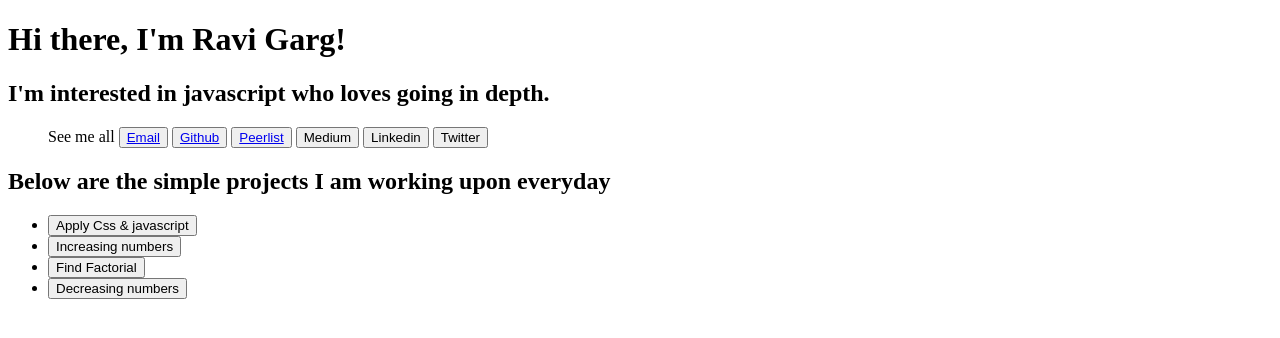
Repository: ravigarg001/musafir
Page: index.html
An editor plug-in stored every save of this project. The page is shown before and after the next save, followed by the edit.
The browser window is 1280 px wide. The pictures show the whole page.

Above is the page before, as saved 2022-05-02 09:24:45.

### index.html
<!DOCTYPE html>
<html>
<head>
<title>Ravi Garg</title>
<!-- <link href="index.css" rel="stylesheet" type="text/css"></link> -->
<script src="index.js"></script>
</head>

<body>
<div class="about" >
    <h1>Hi there, I'm Ravi Garg!</h1>
    <h2>I'm interested in javascript who loves going in depth.</h2>
    <!-- <p> <a id="more" href="/about">Read more about my life...</a></p> -->
</div>

<footer>
<ul>
<label>See me all</label>
  <button><a href="mailto:ravigarg.connect@gmail.com">Email</a></button>
  <button><a href="https://github.com/ravigarg001" target="_blank">Github</a></button>
  <button><a href="https://peerlist.io/ravigarg" target="_blank">Peerlist</a></button>
  <button><a>Medium</a></button>
  <button><a>Linkedin</a></button>
  <button><a>Twitter</a></button><br>
</ul>
</footer>
<h2>Below are the simple projects I am working upon everyday</h2>
<ul>
  <li><button class="cssAdder" onclick="addCssAndJs()">Apply Css & javascript</button></li>
  <li><button onclick="inputNumber1()">Increasing numbers </button></li>
  <li><button onclick="inputNumber()">Find Factorial</button></li>
  <li><button onclick="inputNumber2()">Decreasing numbers</button></li>
</ul>
</footer>

</body>
<!-- <script src="Recursion/recursiveFactorial.js"></script> -->
<!-- <script src="Recursion/increasing_order.js"></script> -->

</html>

### index.js
function addCssAndJs(){
    let link = document.createElement('link');
    link.rel = 'stylesheet';
    link.type = 'text/css';
    link.href = 'index.css';
    document.head.appendChild(link);

    function addNewJsFile(fileLocation){
        let script = document.createElement('script');
        document.head.appendChild(script);
        script.src = fileLocation;
    }

    addNewJsFile('Recursion/decreasing_order.js');
    addNewJsFile('Recursion/increasing_order.js');
    addNewJsFile('Recursion/recursiveFactorial.js');

}
/*1. call addNewJsFile(put location of the js file here) */

After the next save:
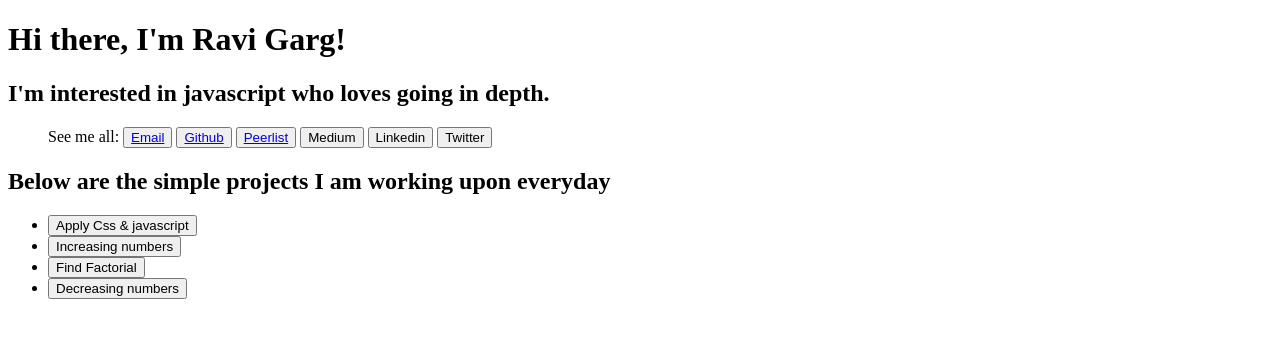
Saved 7 s later.
--- a/index.html
+++ b/index.html
@@ -15,7 +15,7 @@
 
 <footer>
 <ul>
-<label>See me all</label>
+<label>See me all: </label>
   <button><a href="mailto:ravigarg.connect@gmail.com">Email</a></button>
   <button><a href="https://github.com/ravigarg001" target="_blank">Github</a></button>
   <button><a href="https://peerlist.io/ravigarg" target="_blank">Peerlist</a></button>
